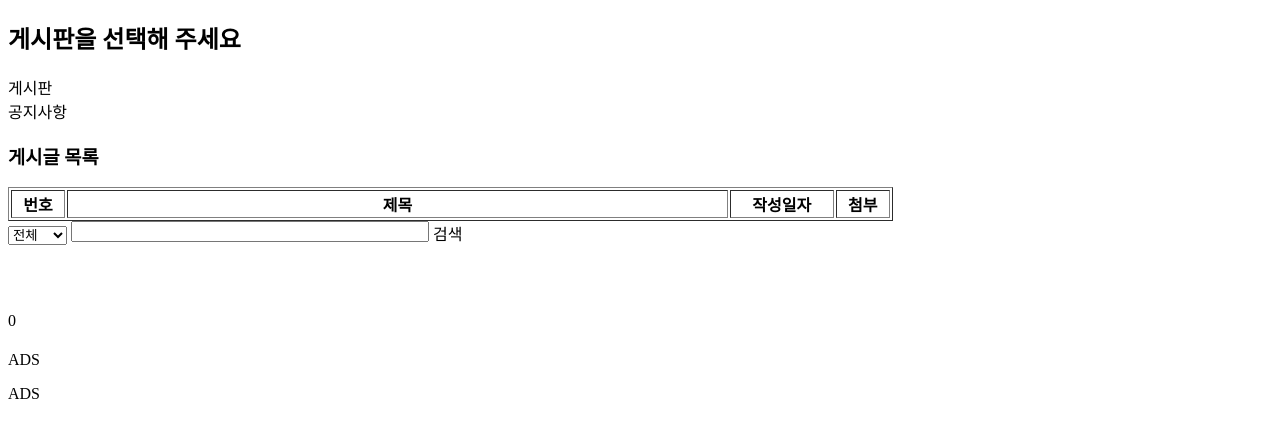
Repository: letzbegin/Study
Page: http://localhost/portfolio/WEB-INF/views/board/list.jsp
An editor plug-in stored every save of this project. The page is shown before and after the next save, followed by the edit.
The browser window is 1280 px wide. The pictures show the whole page.
The page is served by Tomcat 9. Nobody is signed in. The template is opened directly, without the code that normally fills it, so the values that code supplies are empty.

Above is the page before, as saved 2018-10-15 03:45:21.

After the next save:
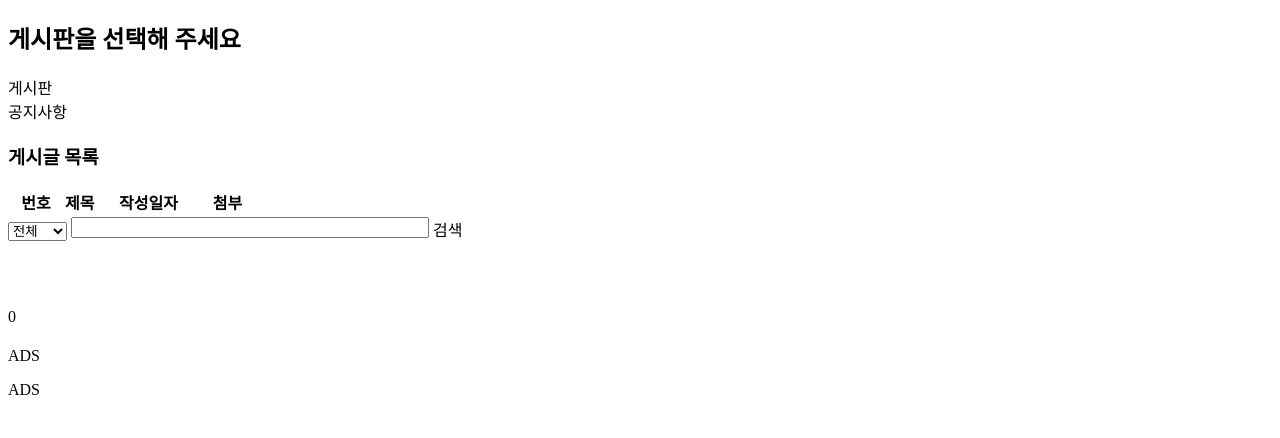
Saved 12 s later.
--- a/pol/portfolio/src/main/webapp/WEB-INF/views/board/list.jsp
+++ b/pol/portfolio/src/main/webapp/WEB-INF/views/board/list.jsp
@@ -27,7 +27,7 @@
 			<div class="col-sm-6 text-left">
 				<h3>게시글 목록</h3>
 
-				<table border="1" width="70%">
+				<table class="table">
 					<tr>
 						<th width="50px">번호</th>
 						<th>제목</th>
